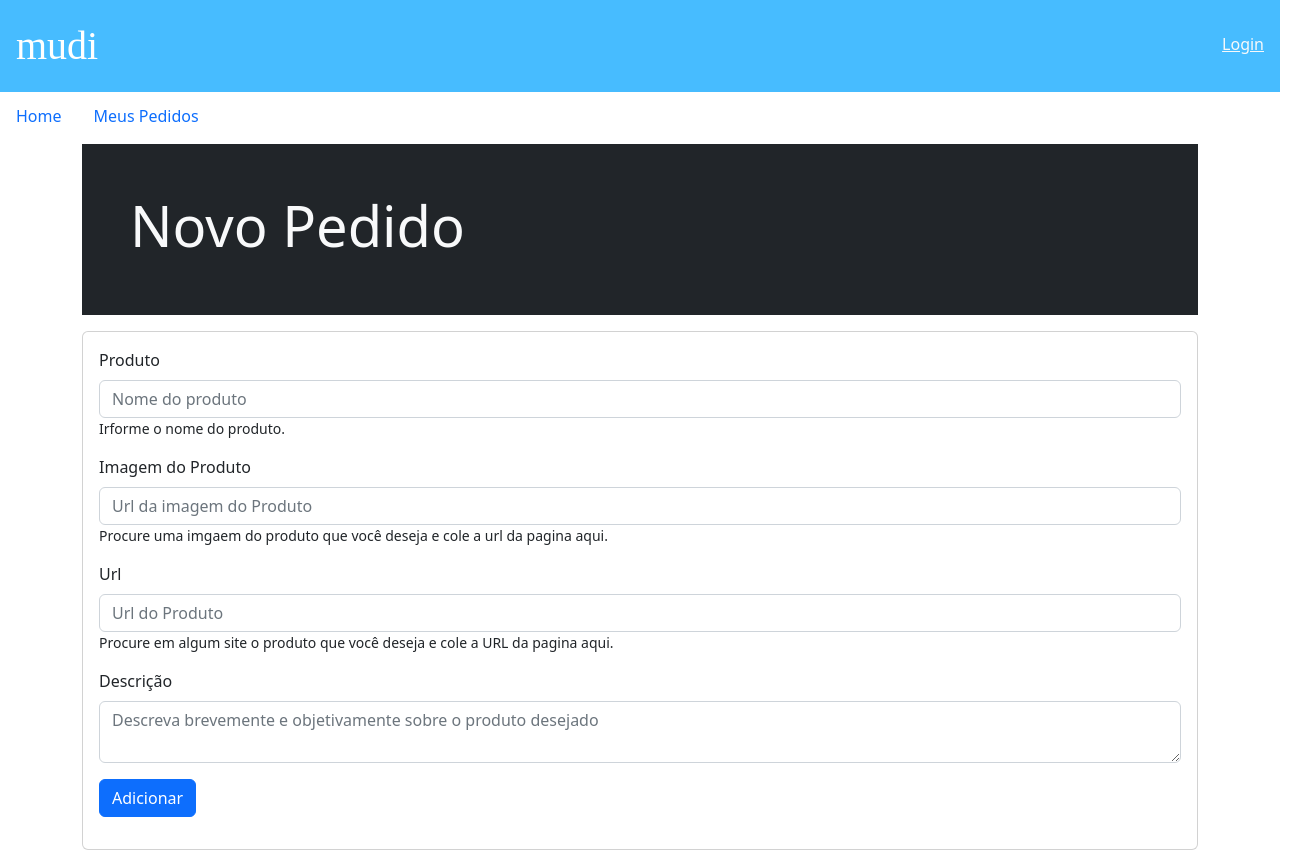
Repository: phfernands/projeto-curso-spring-mvc
Page: http://localhost/pedido/formulario
These files come from the project's save history. The page is drawn as it stood at one moment and after the next save; the edit follows.
The browser window is 1280 px wide. The page is 1292 px wide, then 1280 px, so the pictures cover 1292 px, including what lies to the right of the window. The pictures show the whole page.
Some web fonts or font styles are not loaded; a fallback is used. The page is this project's Thymeleaf template; nobody is signed in. The template is opened directly, without the code that normally fills it, so the values that code supplies are empty.

Above is the page before, as saved 2022-08-08 12:49:18.

### mudi/src/main/resources/templates/pedido/formulario.html
<html>
	<head th:replace="~{base :: head}">
	</head>

	<body>
		<div th:replace="~{base :: logomarca}">
		</div>
		<div class="container">
			<div th:replace="~{base :: titulo('Novo Pedido')}">
			</div>
			<div class="card mt-3">
				<form th:object="${requisicaoNovoPedido}" class="card-body" action="/pedido/novo" method="POST">
					<div class="mb-3">
						<label for="nomeProduto" class="form-label">Produto</label>
						<input th:field="*{nomeProduto}" th:errorclass="is-invalid" class="form-control" placeholder="Nome do produto"/>
						<small>Irforme o nome do produto.</small>
						<div class="invalid-feedback" th:errors="*{nomeProduto}">Erro do nome do produto</div>
					</div>
					<div class="mb-3">
						<label for="urlImagem" class="form-label">Imagem do Produto</label>
						<input th:field="*{urlImagem}" th:errorclass="is-invalid" class="form-control" placeholder="Url da imagem do Produto"/>
						<small>Procure uma imgaem do produto que você deseja e cole a url da pagina aqui.</small>
						<div class="invalid-feedback" th:errors="*{urlImagem}">Erro da imagem</div>
					</div>
					<div class="mb-3">
						<label for="urlDoProduto" class="form-label">Url</label>
						<input th:field="*{urlDoProduto}" th:errorclass="is-invalid" class="form-control" placeholder="Url do Produto"/>
						<small>Procure em algum site o produto que você deseja e cole a URL da pagina aqui.</small>
						<div class="invalid-feedback" th:errors="*{urlDoProduto}">Erro da url do produto</div>
					</div>
					<div class="mb-3">
						<label for="descricao" class="form-label">Descrição</label>
						<textarea th:field="*{descricao}" class="form-control" placeholder="Descreva brevemente e objetivamente sobre o produto desejado"></textarea>
					</div>
					<button type="submit" class="btn btn-primary">Adicionar</button>
				</form>
			</div>
		</div>
	</body>
</html>

### mudi/src/main/resources/templates/base.html
<head th:fragment="head">
	<meta charset="UTF-8"/>
	<link rel="stylesheet" href="https://cdn.jsdelivr.net/npm/bootstrap@5.2.0/dist/css/bootstrap.min.css"/>
	<link href="https://fonts.googleapis.com/css2?family=Handlee&display=swap" rel="stylesheet">

	<style>
		.logo-container {
			background-color: #47bcff;
			color: #fff;
		}

		.logo {
			font-family: 'Handlee', cursive;
			font-size: 2.5rem;
		}
	</style>
</head>

<div th:fragment="logomarca">
	<div class="logo-container mb-1 p-3 d-flex justify-content-between">
		<span class="logo">mudi</span>
		<span class="mt-3">
			<a class="text-light" sec:authorize="!isAuthenticated()" href="/login">Login</a>
			<a onclick="document.querySelector('#form-login').submit()" class="text-light" sec:authorize="isAuthenticated()" href="#">Logout</a>
			<form id="form-login" th:action="@{/logout}" method="post"></form>
		</span>
	</div>
	<div class="row mb-2" sec:authorize="!isAuthenticated()">
		<div class="col">
			<nav class="nav">
			  <a class="nav-link" th:href="@{/home}">Home</a>
			  <a class="nav-link" th:href="@{/usuario/pedido}">Meus Pedidos</a>
			</nav>
		</div>
	</div>

</div>

<div th:fragment="titulo(valor)" class="container-fluid bg-dark text-light p-5">
	<h1 class="display-4" th:text="${valor}"></h1>
</div>

After the next save:
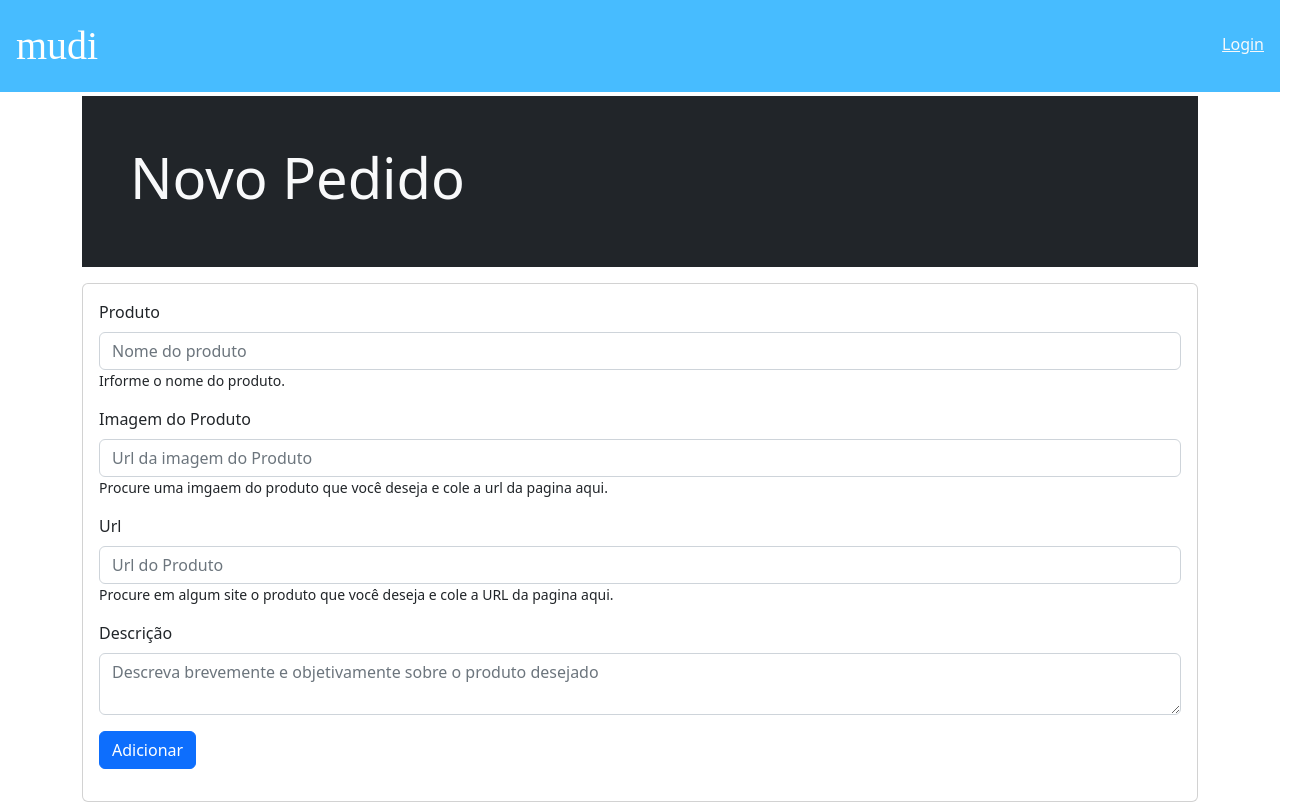
Saved 3 min 35 s later.
--- a/mudi/src/main/resources/templates/base.html
+++ b/mudi/src/main/resources/templates/base.html
@@ -25,7 +25,7 @@
 			<form id="form-login" th:action="@{/logout}" method="post"></form>
 		</span>
 	</div>
-	<div class="row mb-2" sec:authorize="!isAuthenticated()">
+	<div class="row mb-2" sec:authorize="isAuthenticated()">
 		<div class="col">
 			<nav class="nav">
 			  <a class="nav-link" th:href="@{/home}">Home</a>
